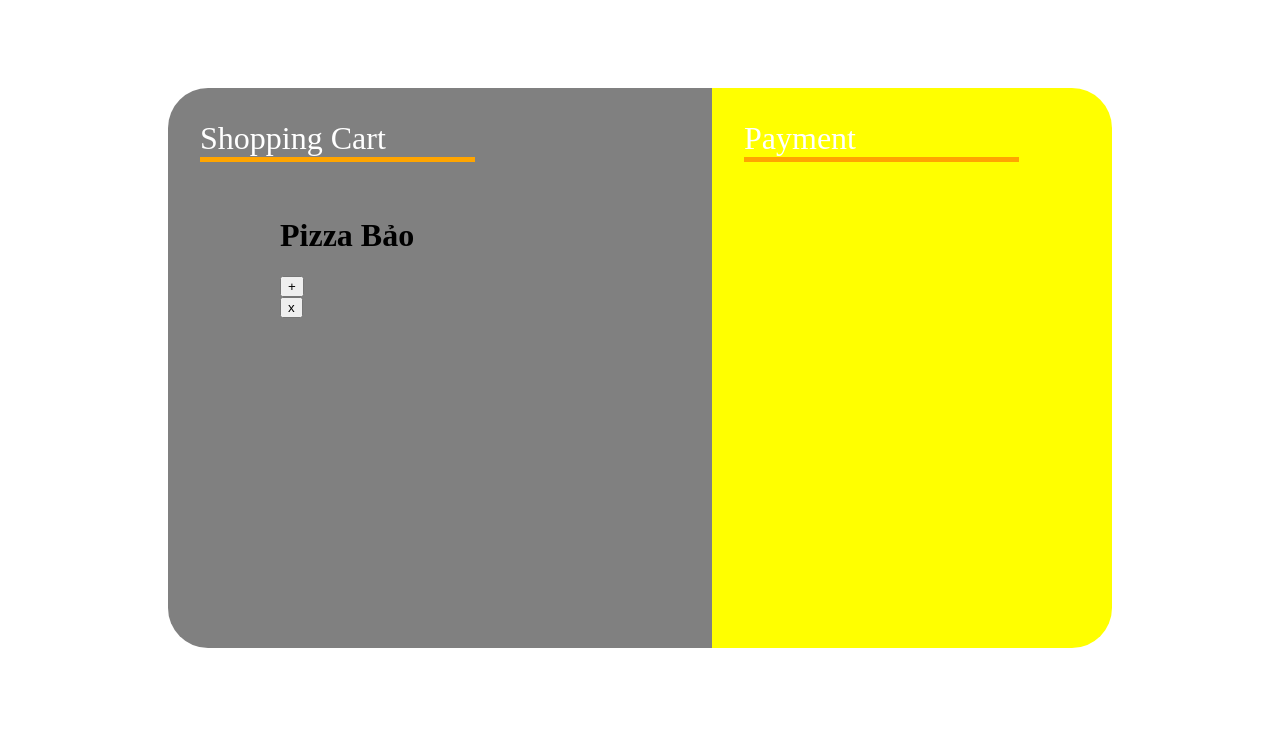
Repository: NDBaoFE/pizza-ordering-hiep
Page: /checkout
The author's editor kept a copy of each file at every save. The page is drawn from the files as they stood at one save, then again after the next save.
The browser window is 1280 px wide. The pictures show the whole page.
The project was rebuilt for these pictures with package versions that can differ from the ones it lists, and the page was loaded fresh each time.

Above is the page before, as saved 2022-08-27 22:04:25.

### public/index.html
<!DOCTYPE html>
<html lang="en">
  <head>
    <meta charset="utf-8" />
    <link rel="icon" href="%PUBLIC_URL%/avatar.png" />
    <meta name="viewport" content="width=device-width, initial-scale=1" />
    <meta name="theme-color" content="#000000" />
    <link rel="apple-touch-icon" href="%PUBLIC_URL%/avatar.png" />
    <title>Pizza Ordering</title>
  </head>
  <body>
    <noscript>You need to enable JavaScript to run this app.</noscript>
    <div id="root"></div>
  </body>
</html>

### src/App.js
import RouterComponent from './router'

function App() {
  return <>{RouterComponent}</>
}

export default App

### src/router/index.js
import { BrowserRouter, Routes, Route } from 'react-router-dom'
import Checkout from '../pages/Checkout'

const privateRoutes = [{ name: 'checkout', path: '/checkout', element: <Checkout /> }]

const RouterComponent = (
  <BrowserRouter>
    <Routes>
      {privateRoutes.map((route) => (
        <Route key={route.name} path={route.path} element={route.element} />
      ))}
    </Routes>
  </BrowserRouter>
)

export default RouterComponent

### src/pages/Checkout/index.jsx
import React from 'react'
import * as Styled from './Checkout.styled'

const Checkout = (props) => {
  return (
    <Styled.Background>
      <Styled.Cart>
        <Styled.Header>Shopping Cart</Styled.Header>
        <Styled.List>
          <Styled.Item>
            <Styled.Image />
            <Styled.Info>
              <Styled.PizzaName>Pizza Bảo</Styled.PizzaName>
              <Styled.Button>
                <Styled.IncreaseBtn>+</Styled.IncreaseBtn>
              </Styled.Button>
            </Styled.Info>
            <Styled.Price></Styled.Price>
            <Styled.CloseButton>x</Styled.CloseButton>
          </Styled.Item>
        </Styled.List>
      </Styled.Cart>
      <Styled.Payment>
        <Styled.Header>Payment</Styled.Header>
      </Styled.Payment>
    </Styled.Background>
  )
}

Checkout.propTypes = {}

export default Checkout

### src/pages/Checkout/Checkout.styled.js
import styled from 'styled-components'

export const Background = styled.div`
  box-sizing: border-box;
  width: 100%;
  height: 100vh;
  padding: 5rem 10rem;
  display: flex;
  overflow-y: hidden;
`
export const Cart = styled.div`
  padding: 2rem;
  display: block;
  background-color: gray;
  flex: 1;
  border-top-left-radius: 40px;
  border-bottom-left-radius: 40px;
`
export const Payment = styled.div`
  box-sizing: border-box;
  padding: 2rem;
  min-width: 400px;
  background-color: yellow;
  border-top-right-radius: 40px;
  border-bottom-right-radius: 40px;
`

export const Header = styled.header`
  font-size: 2rem;
  color: #fff;

  &::after {
    content: '';
    display: block;
    width: 275px;
    height: 5px;
    background-color: orange;
  }
`

export const List = styled.ul`
  list-style: none;
`

export const Item = styled.ul``

export const Image = styled.img``
export const Info = styled.div``
export const PizzaName = styled.h1``
export const Button = styled.div``
export const IncreaseBtn = styled.button``
export const Price = styled.span``
export const CloseButton = styled.button``

Loaded but not shown: src/index.js (common file)

After the next save:
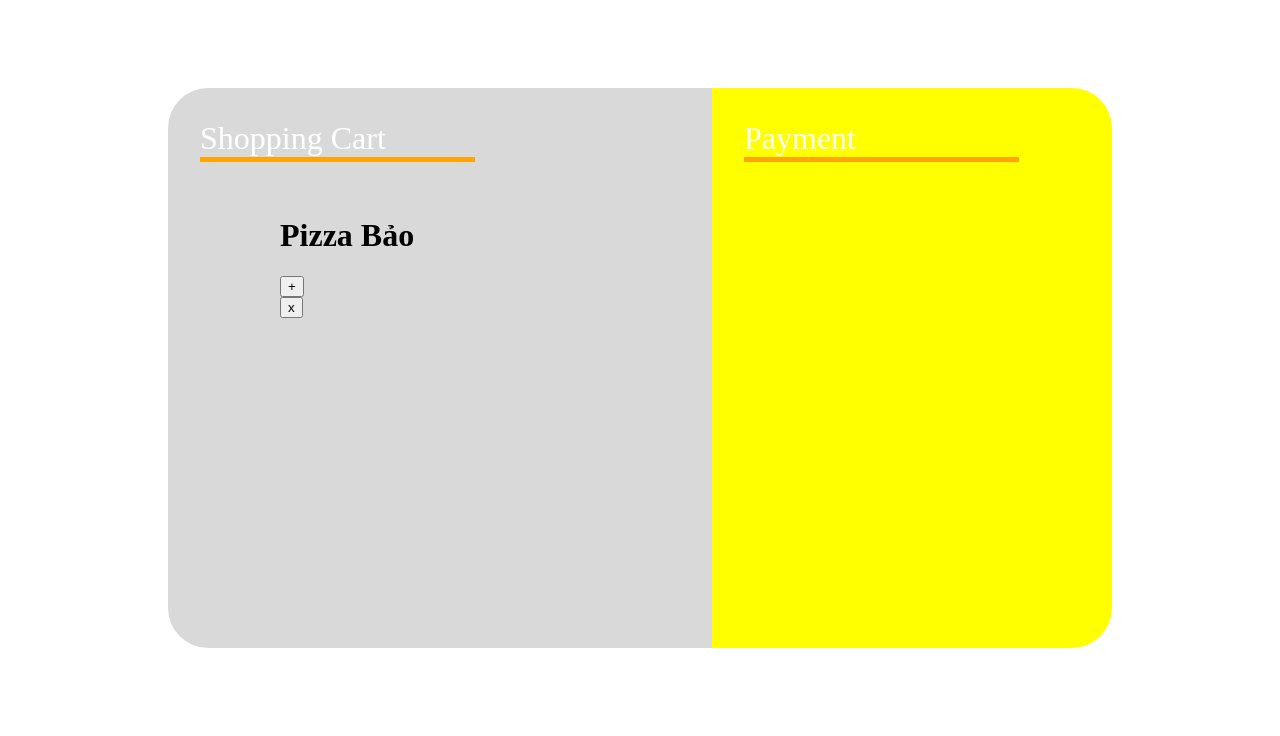
Saved 22 s later.
--- a/src/pages/Checkout/Checkout.styled.js
+++ b/src/pages/Checkout/Checkout.styled.js
@@ -11,7 +11,7 @@ export const Background = styled.div`
 export const Cart = styled.div`
   padding: 2rem;
   display: block;
-  background-color: gray;
+  background-color: #d9d9d9;
   flex: 1;
   border-top-left-radius: 40px;
   border-bottom-left-radius: 40px;
